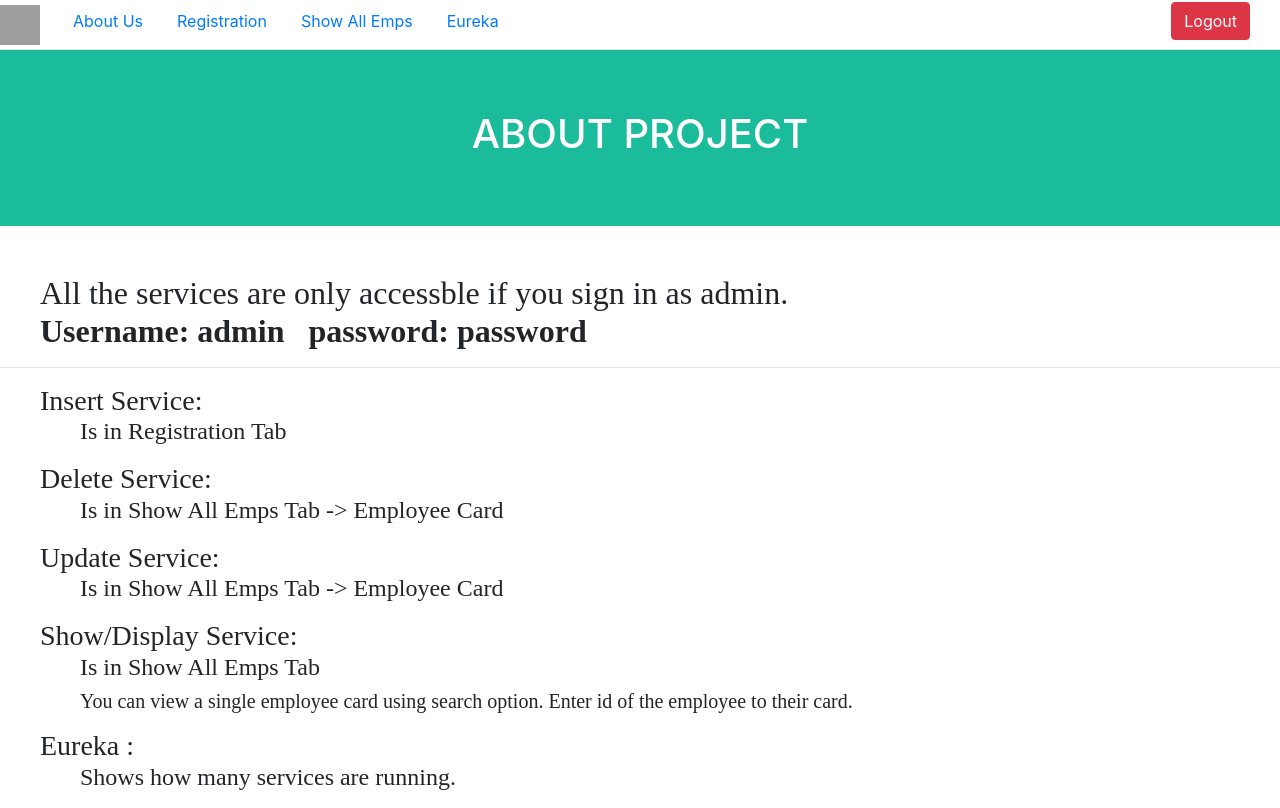
Repository: Shwetank-Chaudhary/EmployeeManagement-
Page: HomePage/src/main/webapp/AboutUs.html
The author's editor kept a copy of each file at every save. The page is drawn from the files as they stood at one save, then again after the next save.
The browser window is 1280 px wide. The pictures show the whole page.
Pictures or frames that could not be fetched are drawn as grey boxes.

Above is the page before, as saved 2024-01-01 17:24:44.

After the next save:
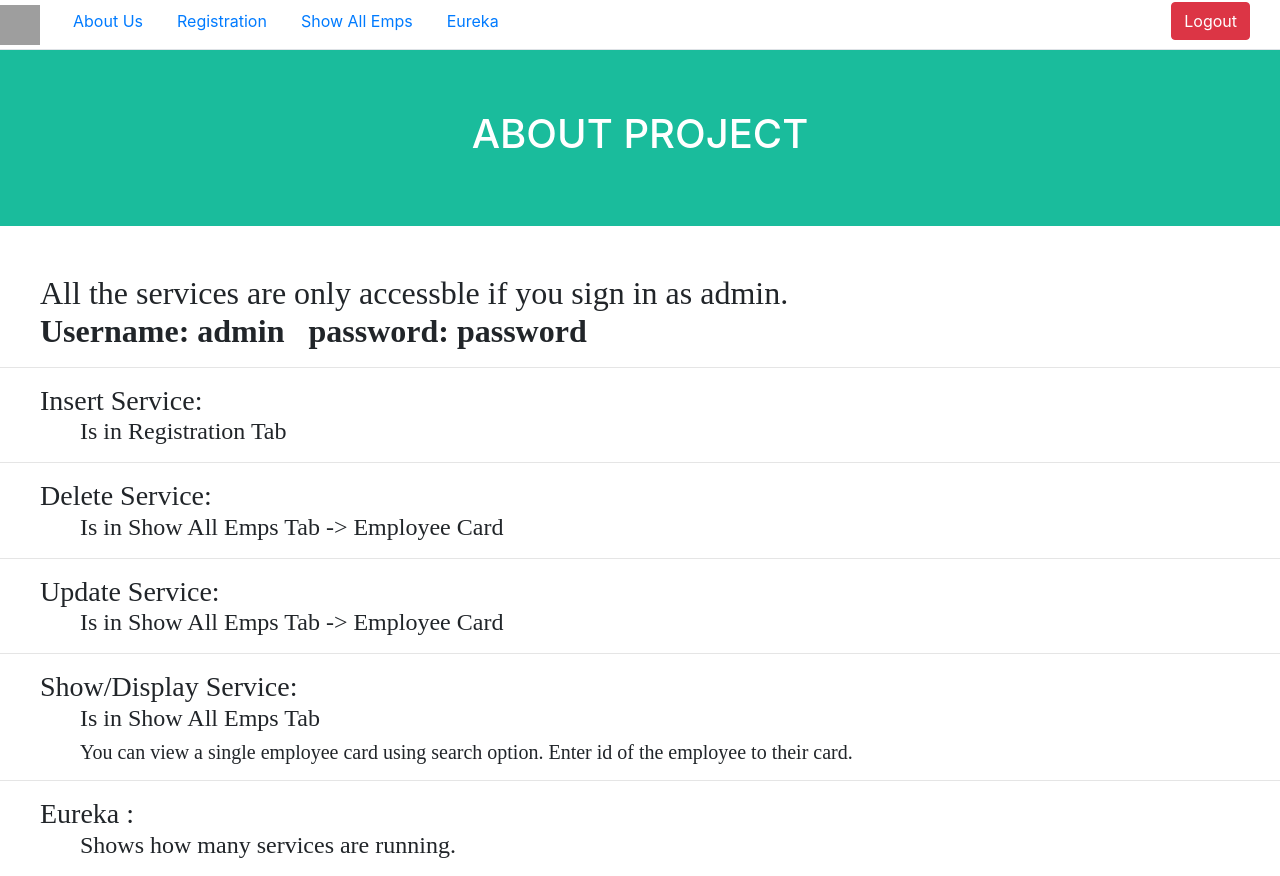
Saved 33 s later.
--- a/HomePage/src/main/webapp/AboutUs.html
+++ b/HomePage/src/main/webapp/AboutUs.html
@@ -65,23 +65,23 @@
 			<ul>Insert Service:
 			<h4><ul>Is in Registration Tab</ul></h4>
 		</h3>
-
+		<hr>
 		<h3>
 			<ul>Delete Service:
 			<h4><ul>Is in Show All Emps Tab -> Employee Card</ul></h4>
 		</h3>
-
+		<hr>
 		<h3>
 			<ul>Update Service:
 			<h4><ul>Is in Show All Emps Tab -> Employee Card</ul></h4>
 		</h3>
-
+		<hr>
 		<h3>
 			<ul>Show/Display Service:
 			<h4><ul>Is in Show All Emps Tab </ul></h4>
 			<h5><ul>You can view a single employee card using search option. Enter id of the employee to their card.</ul></h5>
 		</h3>
-
+		<hr>
 		<h3>
 			<ul>Eureka :
 			<h4><ul>Shows how many services are running.</ul></h4>
